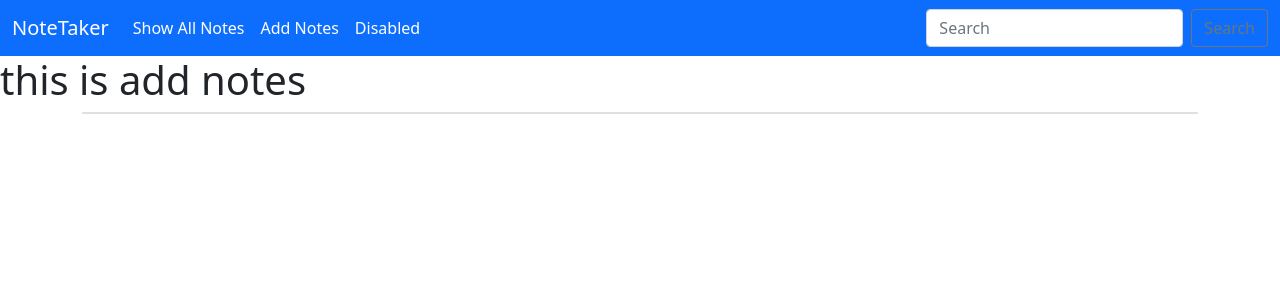
Repository: Shubham-Kumar-cmd/Hibernate
Page: http://localhost/NoteTakerApp/addNotes.jsp
The author's editor kept a copy of each file at every save. The page is drawn from the files as they stood at one save, then again after the next save.
The browser window is 1280 px wide. The pictures show the whole page.
The page is served by Tomcat 9. Other server files are loaded and not shown.

Above is the page before, as saved 2023-02-07 12:24:55.

### NoteTakerApp/src/main/webapp/addNotes.jsp
<%@ page language="java" contentType="text/html; charset=ISO-8859-1"
    pageEncoding="ISO-8859-1"%>
    <%@include file="header.jsp" %>
<!DOCTYPE html>
<html>
<head>
<meta charset="ISO-8859-1">
<link
	href="https://cdn.jsdelivr.net/npm/bootstrap@5.0.2/dist/css/bootstrap.min.css"
	rel="stylesheet"
	integrity="sha384-EVSTQN3/azprG1Anm3QDgpJLIm9Nao0Yz1ztcQTwFspd3yD65VohhpuuCOmLASjC"
	crossorigin="anonymous">
<title>Add Notes</title>
</head>
<body>
<h1>this is add notes</h1>
<div class="container">
	<div class="card">

	</div>
</div>
</body>
</html>

### NoteTakerApp/src/main/webapp/header.jsp
<%@ page language="java" contentType="text/html; charset=ISO-8859-1"
	pageEncoding="ISO-8859-1"%>
<!DOCTYPE html>
<html>
<head>
<meta charset="ISO-8859-1">
<link
	href="https://cdn.jsdelivr.net/npm/bootstrap@5.0.2/dist/css/bootstrap.min.css"
	rel="stylesheet"
	integrity="sha384-EVSTQN3/azprG1Anm3QDgpJLIm9Nao0Yz1ztcQTwFspd3yD65VohhpuuCOmLASjC"
	crossorigin="anonymous">
<title>Header</title>
</head>
<body>
	<nav class="navbar navbar-expand-lg navbar-primary bg-primary">
		<div class="container-fluid">
			<a class="navbar-brand text-white" href="#">NoteTaker</a>

			<div class="collapse navbar-collapse" id="navbarSupportedContent">
				<ul class="navbar-nav me-auto mb-2 mb-lg-0">
					<li class="nav-item"><a class="nav-link active text-white"
						aria-current="page" href="showAllNotes.jsp">Show All Notes</a></li>
					<li class="nav-item"><a class="nav-link text-white" href="addNotes.jsp">Add Notes</a></li>

					<li class="nav-item"><a class="nav-link text-white" href="#"
						tabindex="-1" aria-disabled="false">Disabled</a></li>
				</ul>
				<form class="d-flex">
					<input class="form-control me-2" type="search" placeholder="Search"
						aria-label="Search">
					<button class="btn btn-outline-secondary" type="submit">Search</button>
				</form>
			</div>
		</div>
	</nav>
</body>
</html>

After the next save:
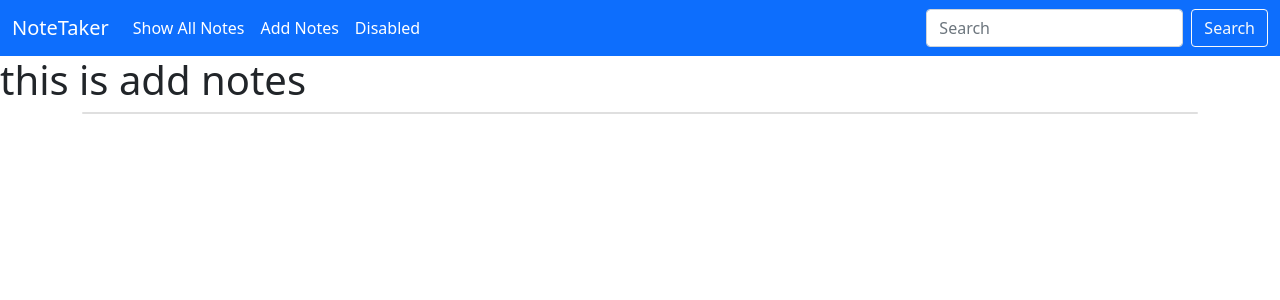
Saved 54 s later.
--- a/NoteTakerApp/src/main/webapp/header.jsp
+++ b/NoteTakerApp/src/main/webapp/header.jsp
@@ -28,7 +28,7 @@
 				<form class="d-flex">
 					<input class="form-control me-2" type="search" placeholder="Search"
 						aria-label="Search">
-					<button class="btn btn-outline-secondary" type="submit">Search</button>
+					<button class="btn btn-outline-light" type="submit">Search</button>
 				</form>
 			</div>
 		</div>
